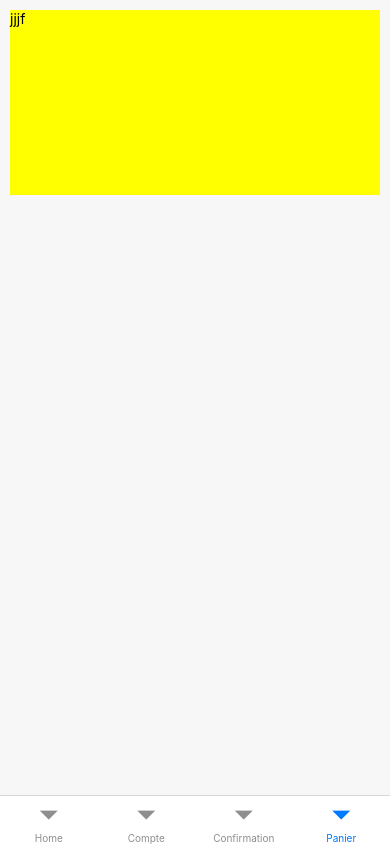
Repository: Norlan-20/Last-Afrilink
Screen: /Panier
An editor plug-in stored every save of this project. The screen is shown before and after the next save, followed by the edit.
The page's requests for data from a server got no answer. The app was drawn by React Native's web renderer in a window 390 px wide. The project was rebuilt for these pictures with package versions that can differ from the ones it lists, and the page was loaded fresh each time. No one was signed in, and anything a server would have sent is missing. Also part of the build but not shown: screen/User.js, component/button.js, screen/Confirmation.js, screen/Connexion.js, screen/Inscription.js, screen/Categorie.js, screen/Produit.js.

Above is the screen before, as saved 2021-09-27 09:31:22.

### App.js
/* eslint-disable prettier/prettier */
import React from 'react';
import {View} from 'react-native';
import { NavigationContainer } from '@react-navigation/native';
import { createNativeStackNavigator } from '@react-navigation/native-stack';
import { createBottomTabNavigator } from '@react-navigation/bottom-tabs';
import HomeScreen from './screen/Home';
import UserScreen from './screen/User';
import ConfirmationScreen from './screen/Confirmation';
import ConnexionScreen from './screen/Connexion';
import InscriptionScreen from './screen/Inscription';
import CategorieScreen from './screen/Categorie';
import ProduitScreen from './screen/Produit';
import CartScreen from './screen/Cart';

const Tab = createBottomTabNavigator();
const Stack = createNativeStackNavigator();

const BottomScreen = () => {
  return (
    <Tab.Navigator screenOptions={{headerShown: false}} >
        <Tab.Screen name="Home" component={HomeScreen}/>
        <Tab.Screen name="Compte" component={UserScreen}/>
        <Tab.Screen name="Confirmation" component={ConnexionScreen}/>
        <Tab.Screen name="Panier" component={CartScreen} />
    </Tab.Navigator>
  );
};

const App = () => {
  return (
    <NavigationContainer>
      <Stack.Navigator>
        <Stack.Screen name="Home" options={{headerShown: false}} component={BottomScreen} />
        <Stack.Screen name="Categorie" component={CategorieScreen} />
        <Stack.Screen name="Inscription" component={InscriptionScreen} />
        <Stack.Screen name="Produit" component={ProduitScreen} />
        {/* <Stack.Screen name="Panier" component={CartScreen} /> */}
      </Stack.Navigator>
    </NavigationContainer>
  );
};

export default App;

### screen/Home.js
/* eslint-disable prettier/prettier */
import React,{useState,useEffect} from 'react';
import {View, Text, StyleSheet, StatusBar, Dimensions, ScrollView} from 'react-native';
import { Header, Icon, Image, SearchBar } from 'react-native-elements';
import Categorie from '../component/categorie';
import Produit from '../component/produit';
import { listOfCategories } from '../API/api';
// import EvilIcons from 'react-native-vector-icons/EvilIcons';

const {width,height} = Dimensions.get('window');
const fond = '#F7F7F7';
const primary = '#2e3190';
const search = '#DDDDDD';

const HomeScreen = props => {

    const [categorie,setCategorie] = useState(null);

    useEffect(()=> {
        listOfCategories().then(res => setCategorie(res));
    },[]);

    const showCategorie = (categorieImage,categorieTitle) => {
        props.navigation.navigate('Categorie',{image: categorieImage, title: categorieTitle});
    };

    const showProduct = (infoProduct) => {
        props.navigation.navigate('Produit',{data: infoProduct});
    };

    return (
        <View style={styles.container}>
            <StatusBar hidden={false}/>
            { console.log(categorie) }
            <Header
                leftComponent={<Icon name="navicon" type="evilicon" size={40} color="#FFF"/>}
                leftContainerStyle={{marginTop: 15}}
                centerComponent={<Image source={require('../assets/logobleu.jpg')} style={{width: 200, height: 50}} />}
                rightComponent={<Icon name="cart" type="evilicon" size={40} color="#FFF"/>}
                rightContainerStyle={{marginTop: 15}}
                backgroundColor={primary}
            />
            <SearchBar
                placeholder="Rechercher"
                round
                lightTheme
                containerStyle={{ width: width,backgroundColor: fond, borderWidth: 0}}
                inputContainerStyle={{ height: 45, backgroundColor: search, borderRadius: 150 }}
                inputStyle={{ height: 45,backgroundColor: search }}
                // searchIcon={<Icon name="user" type="ionicon" />}
                showCancel
                cancelIcon
                onClear
                style={{width: width}}
            />
            <ScrollView>
                <Categorie nom="Catégorie" data={categorie} changeView={showCategorie} />
                <Produit nom="Vedette" changeView={showProduct} />
            </ScrollView>
        </View>
    );
};

const styles = StyleSheet.create({
    container:{
        flex: 1,
        backgroundColor: '#F7F7F7',
    },
});

export default HomeScreen;

### screen/Cart.js
/* eslint-disable prettier/prettier */
import React from 'react'
import { View, Text, ScrollView, Dimensions, StyleSheet, Image, TouchableOpacity } from  'react-native'
import { SwiperFlatList } from 'react-native-swiper-flatlist';

const {width,height} = Dimensions.get('window');
const WIDTH = width - 20 ;
const fond = '#F7F7F7';
const primary = '#2e3190';

const CartScreen = props => {
    return (
        <View style={styles.container}>
            <TouchableOpacity style={styles.cartProductContainer}>
                <View style={styles.productImageContiner}><Text>jjjf</Text></View>
                <View></View>
            </TouchableOpacity>
        </View>
    );
};

const styles = StyleSheet.create({
    container:{
        flex: 1,
        padding: 10,
        backgroundColor: fond,
        alignItems: 'center',
    },
    cartProductContainer: {
        backgroundColor: '#DADADA',
        width: WIDTH,
        height: WIDTH / 2,
    },
    productImageContiner: {
        flex: 3,
        backgroundColor: 'yellow',
    },
    productInfoContiner: {
        flex: 1,
        backgroundColor: 'red',
    },
});

export default CartScreen;

### API/api.js
/* eslint-disable prettier/prettier */
// API list


export const url = 'https://afrilink.herokuapp.com';

// Retrieve list of categorie

export const listOfCategories = () => {
    return fetch(`${url}/category`,{
        method: 'GET',
        headers:{
            Accept:'application/json',
            'Content-type': 'application/json',
        },
    })
    .then((response) => response.json())
    // .then(res => res)
    .catch((error)=> console.log('error'));
};

export const listOfProduct = () => {
    return fetch(`${url}/product`,{
        method: 'GET',
        headers:{
            Accept:'application/json',
            'Content-type': 'application/json',
        },
    })
    .then((response) => response.json())
    // .then(res => res)
    .catch((error)=> console.log('error'));
};

Loaded but not shown: component/categorie.js (library); component/produit.js (library)

After the next save:
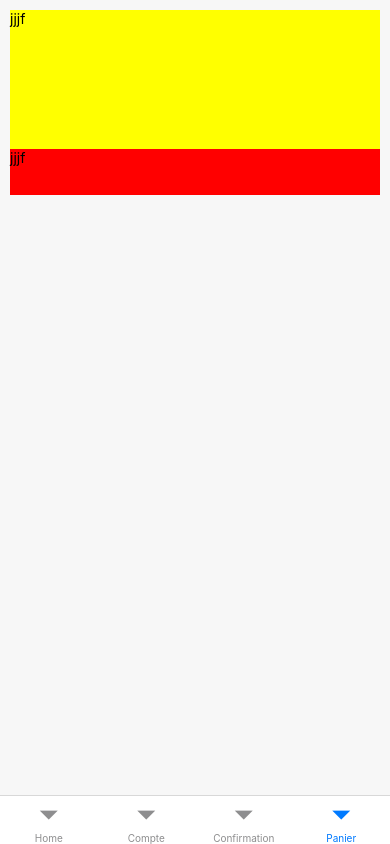
Saved 42 s later.
--- a/screen/Cart.js
+++ b/screen/Cart.js
@@ -13,7 +13,7 @@
         <View style={styles.container}>
             <TouchableOpacity style={styles.cartProductContainer}>
                 <View style={styles.productImageContiner}><Text>jjjf</Text></View>
-                <View></View>
+                <View style={styles.productInfoContiner}><Text>jjjf</Text></View>
             </TouchableOpacity>
         </View>
     );
